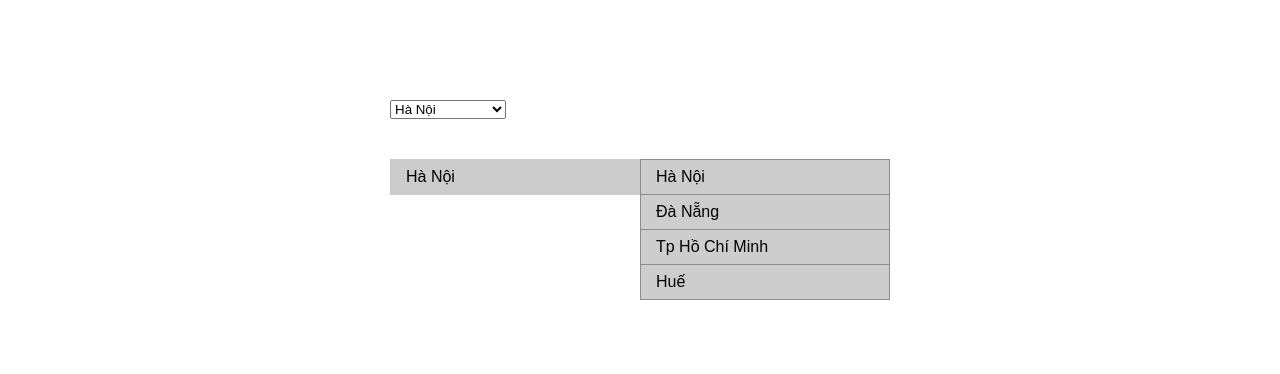
Repository: khanhbinh87/learnJs
Page: customSelect/index.html
These files come from the project's save history. The page is drawn as it stood at one moment and after a run of saves; the edit follows.
The browser window is 1280 px wide. The pictures show the whole page.

Above is the page before, as saved 2021-06-16 14:24:13.

### customSelect/index.html
<!DOCTYPE html>
<html lang="en">
<head>
    <meta charset="UTF-8">
    <meta name="viewport" content="width=device-width, initial-scale=1.0">
    <title>Document</title>
    <link rel="stylesheet" href="style.css">
</head>
<body>
        <form action="">
            <select name="" id="" class="custom-select">
                <option value="hanoi">Hà Nội</option>
                <option value="danang" >Đà Nẵng</option>
                <option value="tphcm">Tp Hồ Chí Minh</option>
                <option value="hue" >Huế</option>
            </select>
            <!-- <div class="wrapper-selected">
                <div class="selected" my-value="">Text tam thoi</div>
                <ul class="list-options">
                    <li my-value="hanoi">Hà Nội</li>
                    <li my-value="danang">Đà Nẵng</li>
                    <li my-value="tphcm">Tp Hồ Chí Minh</li>
                    <li my-value="hue">Huế</li>
                </ul>
            </div> -->
        </form>
        <script src="main.js"></script>
</body>
</html>

### customSelect/style.css
*{
    margin: 0;
    padding: 0;
    box-sizing: border-box;
}
form{
    margin:50px auto;
    width: 500px;
}
body{
    padding: 50px;
}
.custom-select {
    margin-bottom: 40px;

}


.wrapper-selected{
    width: 250px;
    font-family:sans-serif;
    position: relative;
}
.wrapper-selected > .selected{
    border:1px solid #ccc;
    padding: 8px 15px;
    background-color: #ccc;
}
.wrapper-selected > .list-options{
    list-style: none;
    position: absolute;
    width: 100%;
    left:100%;
    top:1px;
}
.wrapper-selected > .list-options > li{
    padding: 8px 15px;
    background-color: #cdcdcd;
    border:1px solid #8d8d8d;
    margin-top: -1px;
    cursor: pointer;
    transition: all 0.5s;

}
.wrapper-selected > .list-options > li:hover{
    background-color: #999;
}

### customSelect/main.js
//tao div
//tao class
//tao div rong
//tao my-value
//tao text

var select = document.querySelector('.custom-select');
if(select){
    var listOptions = Array.from(select.querySelectorAll('option'))

    //tao div bao
    var divWrapper  = document.createElement('div');
        divWrapper.classList.add('wrapper-selected');

    //tao div select
    var divSelected = document.createElement('div');
        divSelected.classList.add('selected');


        if(listOptions.length > 0){
            divSelected.setAttribute('my-value',listOptions[0].getAttribute('value'))
            divSelected.innerText = listOptions[0].innerText

        }

    //tao ul li
    var ulElement = document.createElement('ul');
        ulElement.classList.add('list-options')

    //duyet tung listOptions
    listOptions.forEach(function(optionEl,index){
        var valueOption = optionEl.getAttribute('value');
        var textOption  = optionEl.innerText;

        //check co selected hay ko de tjay doi
        if(optionEl.getAttribute('selected') !== null){
            divSelected.setAttribute('my-value',valueOption)
            divSelected.innerText = textOption;
        }

        var liElement = document.createElement('li');
            liElement.setAttribute('my-value',valueOption);
            liElement.innerText = textOption;

            liElement.addEventListener('click',function(e){

                divSelected.setAttribute('my-value',this.getAttribute('my-value'));
                divSelected.innerText = this.innerText;


                var selectString = `option[value=${this.getAttribute('my-value')}]`


                if(select.querySelector('option[selected]')){
                    select.querySelector('option[selected]').removeAttribute('selected')
                }

                select.querySelector(selectString).setAttribute('selected',true);

                //listOptions[index].setAttribute('selected',true)
                // selectString.setAttribute('selected',true)

            })
            ulElement.append(liElement)

    })

    //appending
    divWrapper.append(divSelected);
    divWrapper.append(ulElement);
    document.body.appendChild(divWrapper);


    //chen div wrapper vao truoc hoac sau
    select.parentNode.insertBefore(divWrapper,select.nextSibling);

}

After the next 2 saves:
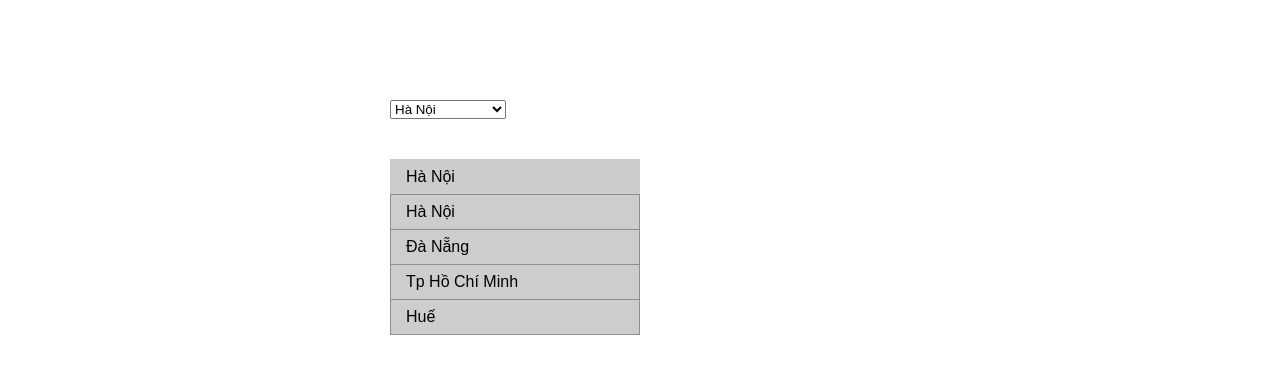
The 2 saves are shown as one change because they came seconds apart.
The last was saved 54 s later.
--- a/customSelect/style.css
+++ b/customSelect/style.css
@@ -30,8 +30,8 @@ body{
     list-style: none;
     position: absolute;
     width: 100%;
-    left:100%;
-    top:1px;
+    left:0;
+    top:100%;
 }
 .wrapper-selected > .list-options > li{
     padding: 8px 15px;
